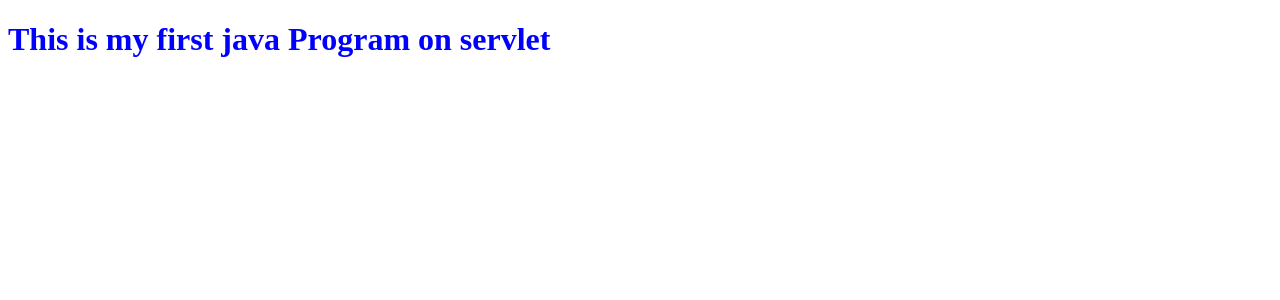
Repository: anik3395/JavaServletProjects
Page: eclipse-workspace/FirstDemo/src/main/webapp/index.html
An editor plug-in stored every save of this project. The page is shown before and after the next save, followed by the edit.
The browser window is 1280 px wide. The pictures show the whole page.

Above is the page before, as saved 2024-10-20 06:37:17.

After the next save:
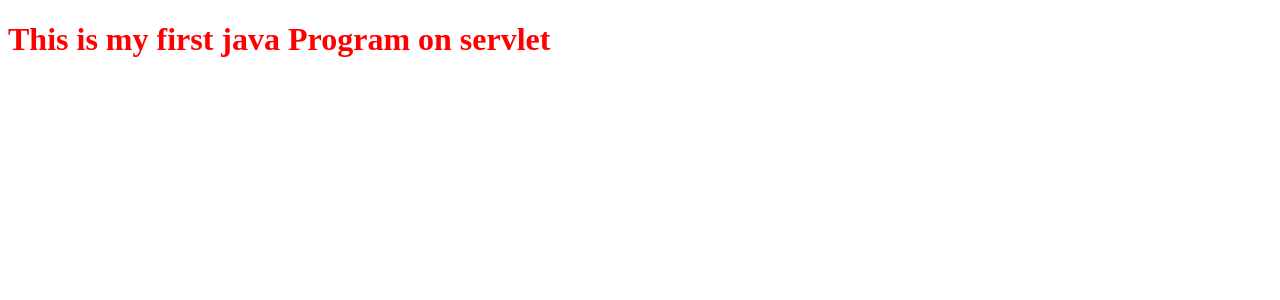
Saved 39 s later.
--- a/eclipse-workspace/FirstDemo/src/main/webapp/index.html
+++ b/eclipse-workspace/FirstDemo/src/main/webapp/index.html
@@ -5,6 +5,6 @@
 <title>Insert title here</title>
 </head>
 <body>
-<h1 style="color:blue;">This is my first java Program on servlet</h1>
+<h1 style="color:red;">This is my first java Program on servlet</h1>
 </body>
 </html>
